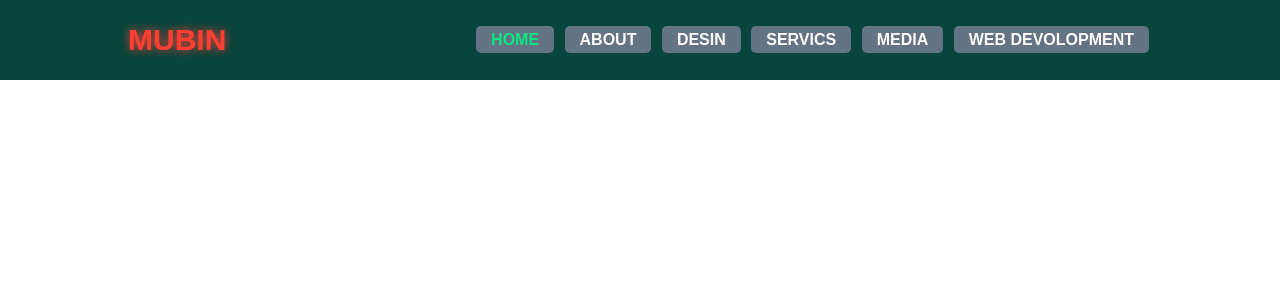
Repository: mdaj6804gmail/1-page-web-theme
Page: index.html
The author's editor kept a copy of each file at every save. The page is drawn from the files as they stood at one save, then again after a run of saves.
The browser window is 1280 px wide. The pictures show the whole page.

Above is the page before, as saved 2022-12-18 12:51:23.

### index.html
<!DOCTYPE html>
<html lang="en">
<head>
  <meta charset="UTF-8">
  <meta http-equiv="X-UA-Compatible" content="IE=edge">
  <meta name="viewport" content="width=device-width, initial-scale=1.0">
  <link rel="stylesheet" href="style.css">
  <title>NAVBAR</title>
</head>
<body>

  <nav>
    <div class="header">
      <label class="logo">MUBIN</label>
      <ul>
       <li><a href="#" style="color: #0be881;">home</a></li>
       <li><a href="#">about</a></li>
       <li><a href="#">desin</a></li>
       <li><a href="#">servics</a></li>
       <li><a href="#">media</a></li>
       <li><a href="#">web devolopment</a></li>
      </ul>

    </div>


  </nav>
</body>
</html>

### style.css
*{
  margin: 0;
  padding: 0;
  list-style: none;
  text-decoration: none;
}
body{
  font-family: Arial, Helvetica, sans-serif;
}
nav{
  background-color: rgb(8, 69, 60);
  width: 100%;
  height: 80px;

}
.header{
  width: 80%;

  margin: 0 auto;
}
nav .logo{
  font-size: 30px;
  color: rgba(255, 63, 52,1.0);
 text-align: center;
 line-height: 80px;
 font-weight: bold;
 text-shadow: 0 0 10px ;
}
nav ul{
  float: right;

}
nav ul li{
  display: inline-block;
  line-height:80px;
  padding: 0 3px;

}
nav ul li a{
  color: white;
  text-transform: uppercase;
  font-weight:bold;
  padding:5px 15px;
  background-color:rgb(100, 116, 132) ;
  border-radius: 5px;

}
nav ul li a:hover{
  background-color: rgba(111, 3, 3, 07);
  color: rgb(37, 216, 70);
  box-shadow:0 0 5px white;

}

After the next 2 saves:
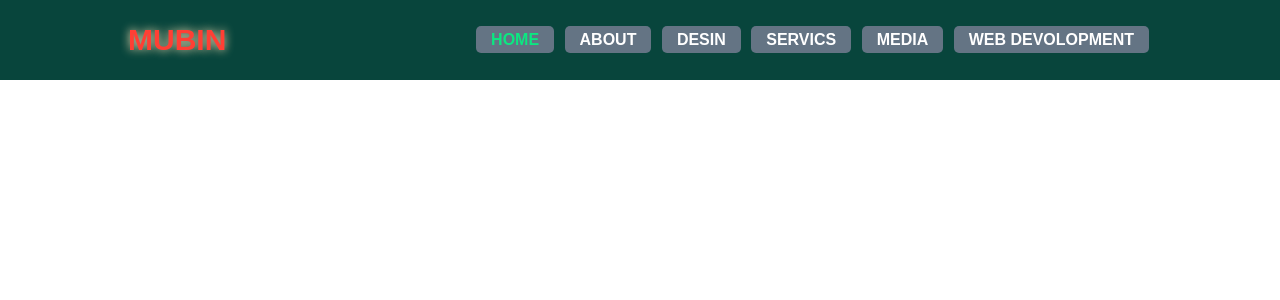
The 2 saves are shown as one change because they came seconds apart.
The last was saved 10 s later.
--- a/style.css
+++ b/style.css
@@ -24,7 +24,7 @@
  text-align: center;
  line-height: 80px;
  font-weight: bold;
- text-shadow: 0 0 10px ;
+ text-shadow: 0 0 10px wheat;
 }
 nav ul{
   float: right;
